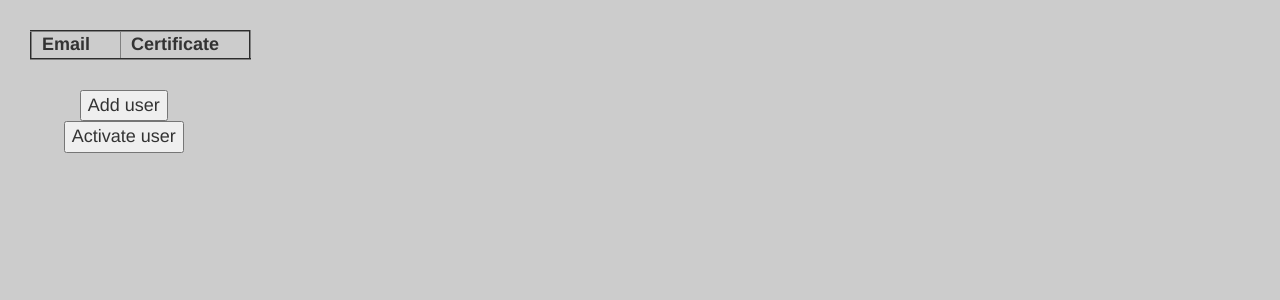
Repository: marijabroceta/ProjekatIB
Page: IB_Project_Shell/src/main/resources/static/main_page.html
The author's editor kept a copy of each file at every save. The page is drawn from the files as they stood at one save, then again after the next save.
The browser window is 1280 px wide. The pictures show the whole page.
The page's requests for data from a server got no answer.

Above is the page before, as saved 2018-06-30 18:34:32.

After the next save:
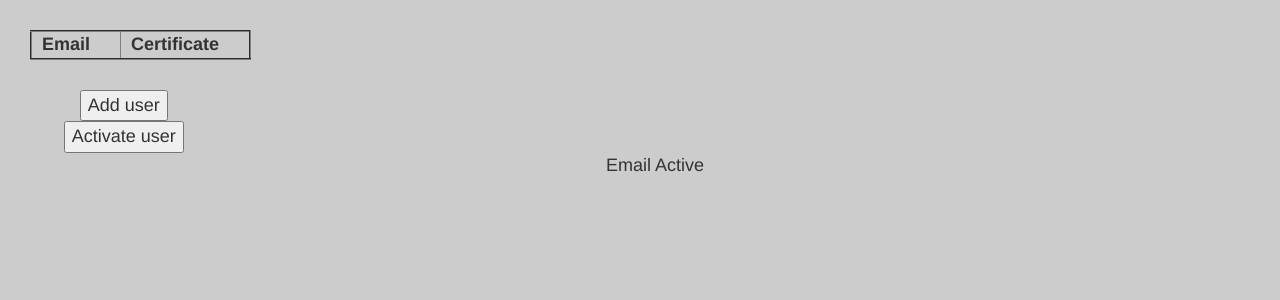
Saved 4 min 20 s later.
--- a/IB_Project_Shell/src/main/resources/static/main_page.html
+++ b/IB_Project_Shell/src/main/resources/static/main_page.html
@@ -31,6 +31,12 @@
 		 		<input type="button" name="cancel" id="cancel" value="cancel" class="button" />
 	    	</form>
 		</div>
+		<div>
+			<tr>
+				<th>Email</th>
+				<th>Active</th>
+			</tr>
+		</div>
 	</div>
 
 </body>
